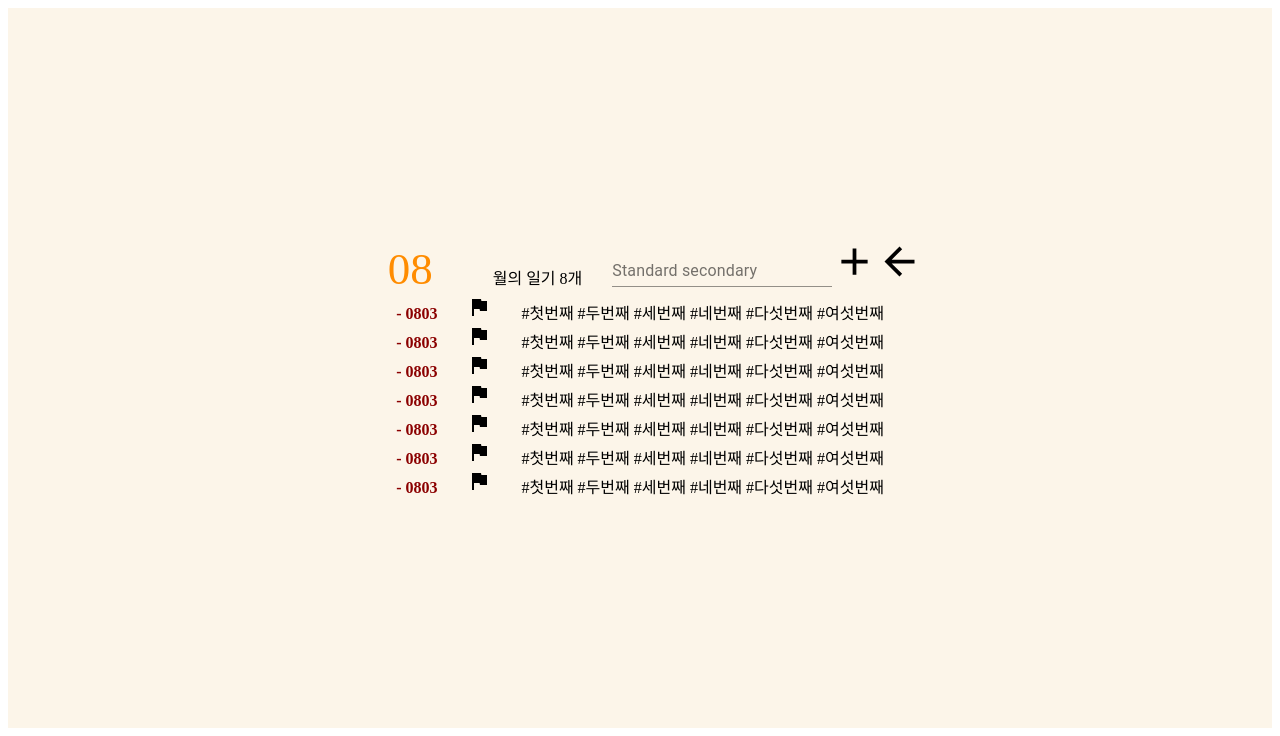
Repository: IMHANA/diary
Page: /list
An editor plug-in stored every save of this project. The page is shown before and after the next save, followed by the edit.
The browser window is 1280 px wide. The pictures show the whole page.
The project was rebuilt for these pictures with package versions that can differ from the ones it lists, and the page was loaded fresh each time. Also part of the build but not shown: src/App.css, src/pages/Main/main.js, src/pages/Month/month.js.

Above is the page before, as saved 2021-08-05 17:35:54.

### src/App.js
import './App.css';
import React, { Component } from 'react'
import MainTemplates from './components/MainTemplates';

class App extends Component {
  render() {
    console.log('메인을 불러온다!')
    return (
      <div>
        <MainTemplates/>
      </div>
    )
  }
}

export default App;

### src/components/MainTemplates.js
import React, { Component } from 'react'
import Main from '../pages/Main/main';
import Month from '../pages/Month/month';
import DayList from '../pages/DayList/dayList';
import { BrowserRouter as Router, Route, Switch, Link} from 'react-router-dom';

export default class MainTemplates extends Component {
    render() {
        return (
            <Router>
                <Switch>
                    <Route exact path='/' component={Main}/>
                    <Route path='/monthly' component={ Month }/>
                    <Route path='/list' component={ DayList} />
                </Switch>
            </Router>
        )
    }
}

### src/pages/DayList/dayList.js
import React, { Component } from 'react';
import { Add, ArrowBack , Flag} from '@material-ui/icons'
import TextField from '@material-ui/core/TextField';
import '../DayList/dayList.css';

export default class dayList extends Component {
    render() {
        return (
            <div id='container'>
                <div id='sub_box'>
                    <div>
                        <span id='month'>08</span><span>월의 일기 8개</span>
                        <TextField id="standard-secondary" label="Standard secondary" color="secondary" />
                        <Add style={{fontSize: '45px'}}/>
                        <ArrowBack style={{fontSize: '45px'}} />
                    </div>
                    <div id='title'

                    ></div>
                    <div>
                        <div className='list_box'>
                            <span className='date'>- 0803</span>
                            <Flag/>
                            <span>#첫번째 #두번째 #세번째 #네번째 #다섯번째 #여섯번째</span>
                        </div>
                        <div className='list_box'>
                            <span className='date'>- 0803</span>
                            <Flag/>
                            <span>#첫번째 #두번째 #세번째 #네번째 #다섯번째 #여섯번째</span>
                        </div>
                        <div className='list_box'>
                            <span className='date'>- 0803</span>
                            <Flag/>
                            <span>#첫번째 #두번째 #세번째 #네번째 #다섯번째 #여섯번째</span>
                        </div>
                        <div className='list_box'>
                            <span className='date'>- 0803</span>
                            <Flag/>
                            <span>#첫번째 #두번째 #세번째 #네번째 #다섯번째 #여섯번째</span>
                        </div>
                        <div className='list_box'>
                            <span className='date'>- 0803</span>
                            <Flag/>
                            <span>#첫번째 #두번째 #세번째 #네번째 #다섯번째 #여섯번째</span>
                        </div>
                        <div className='list_box'>
                            <span className='date'>- 0803</span>
                            <Flag/>
                            <span>#첫번째 #두번째 #세번째 #네번째 #다섯번째 #여섯번째</span>
                        </div>
                        <div className='list_box'>
                            <span className='date'>- 0803</span>
                            <Flag/>
                            <span>#첫번째 #두번째 #세번째 #네번째 #다섯번째 #여섯번째</span>
                        </div>
                    </div>
                    <div>

                    </div>
                </div>
            </div>
        )
    }
}

### src/pages/Main/main.css
#container {
    display: flex;
    flex-direction:column;

    height: 100vh;

    justify-content: center;
    align-items: center;
    background-color:rgb(252, 245, 233);
}

input[placeholder] {
    text-align: center;
    width: 150px;
    height: 35px;
    margin-bottom: 10px;
}

#login_btn, #sign_up_btn {
    width: 50px;
    height: 50px;
    border-radius: 50%;
    outline: none;
    border: none;
}

#btn_box {
    display: flex;
    justify-content: space-around;
    width: 150px;

}

#login_btn {
    background-color: rgb(255, 182, 45);
    margin-left: 50px;
}
#sign_up_btn {
    background-color: rgb(55, 137, 139);
}

#login_btn:hover {
    cursor: pointer;
    background-color: rgb(218, 153, 35);
}
#sign_up_btn:hover {
    cursor: pointer;
    background-color: rgb(51, 123, 124);
}

### src/pages/Month/month.css
#container {
    margin: 0;
    display: flex;
    flex-direction: column;
    justify-content: center;
    align-items: center;
}

.month_box_container {
    display: flex;
    width: 990px;
    height: 150px;
}
.month_box_container .calendar-item {
    /* display: inline-block; */
    border: 1px solid rgb(243, 243, 243);
    flex:1;
    padding-top: 10px;
    padding-left: 15px;
}

.month_box_container .calendar-item span.title{
    font-size: 40px;
    color:darkgrey;
    cursor: pointer;
    /* margin-top: 10px;
    margin-bottom: 10px; */
}

.month_box_container .calendar-item span.title:hover{
    color:rgb(252, 169, 76);
}

/* .first-floor span.title{
    color: red;
    height: 40px;
} */

#year_row {
    margin-top: 50px;
}

#year_row span {
    padding: 0 15px 0 15px;
}

### src/pages/DayList/dayList.css
#container {
    display: flex;
    flex-direction: column;
    justify-content: center;
    align-items: center;
    height: 100vh;

}

#month {
    color:darkorange;
    font-size: 45px;
}

#sub_box {
    display: flex;
    flex-direction: column;
    justify-content: center;
    align-items: center;
    height: 100vh;
    width: 1000px;
    height: auto;
}
span {
    padding: 30px;
}

.date {
    font-weight: bolder;
    color:darkred;
}

Loaded but not shown: public/index.html (common file); src/index.js (common file)

After the next save:
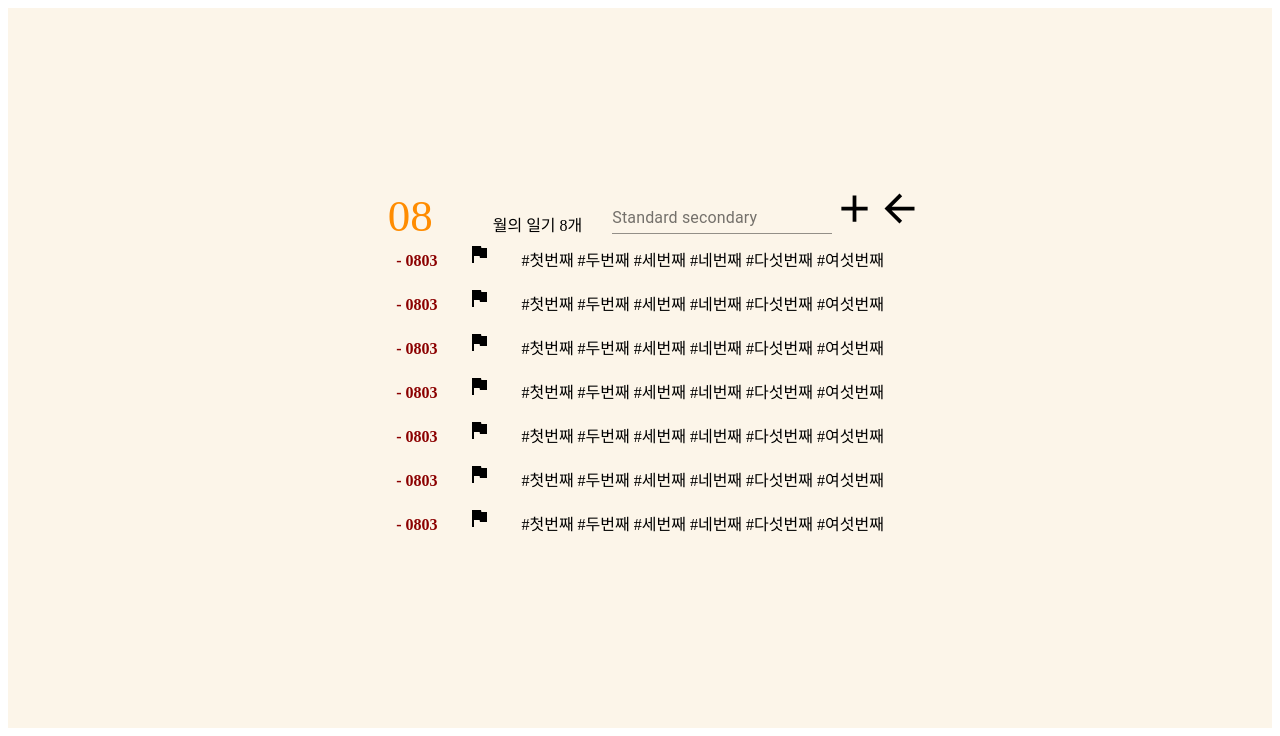
Saved 46 s later.
--- a/src/pages/DayList/dayList.css
+++ b/src/pages/DayList/dayList.css
@@ -21,6 +21,9 @@
     width: 1000px;
     height: auto;
 }
+.list_box {
+    margin-bottom: 15px;
+}
 span {
     padding: 30px;
 }
